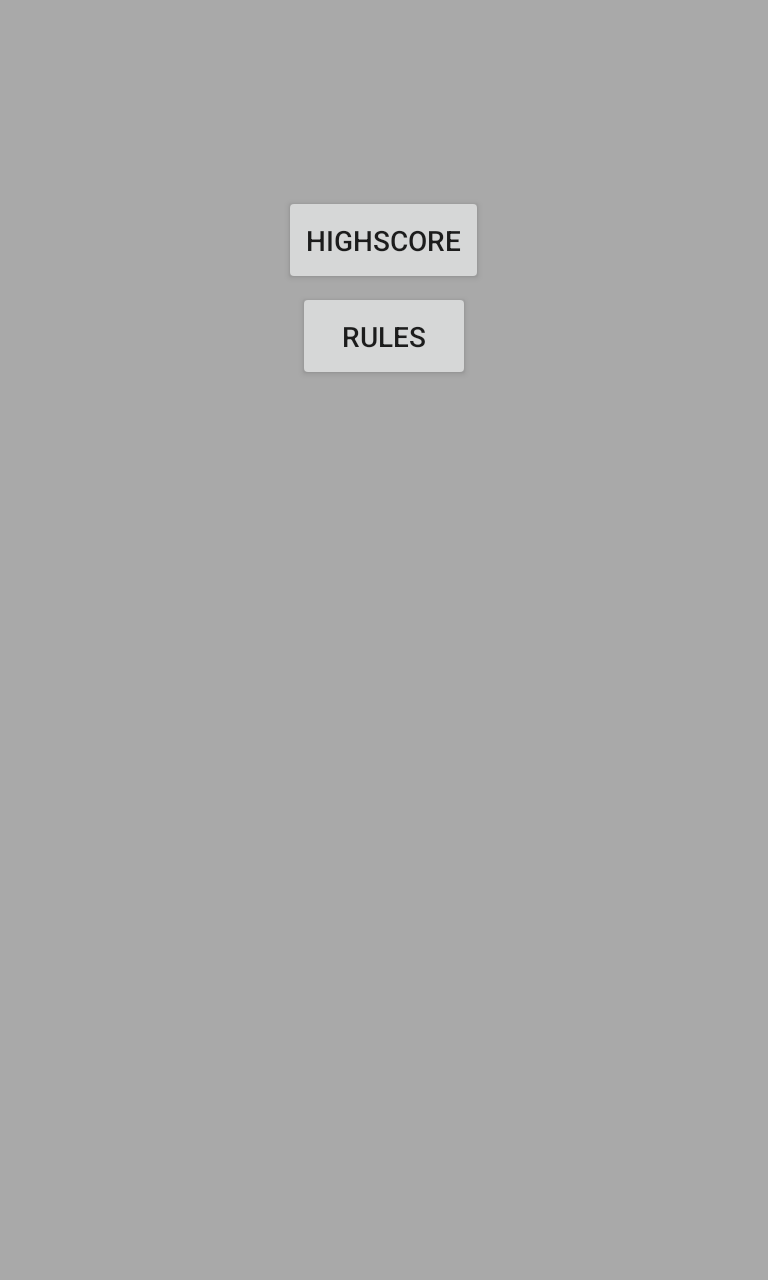
Repository: Hannanina/GuessTag
Layout: GuessTag/res/layout/activity_start.xml
The author's editor kept a copy of each file at every save. The layout is drawn from the files as they stood at one save, then again after the next save.
It is drawn on a 768 x 1280 px phone screen (xhdpi) without system bars, with theme AppTheme; the app's code is not run.

Above is the layout before, as saved 2014-12-05 13:42:23.

After the next save:
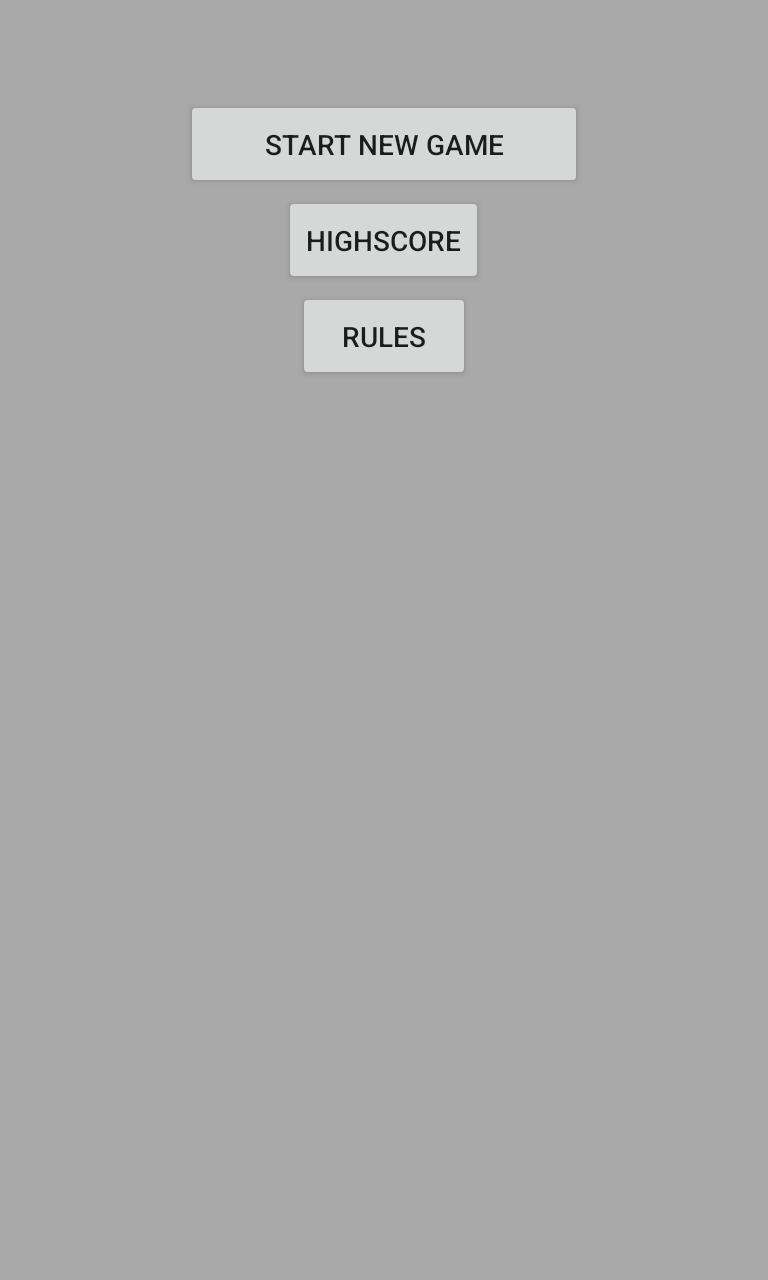
Saved 5 s later.
--- a/GuessTag/res/layout/activity_start.xml
+++ b/GuessTag/res/layout/activity_start.xml
@@ -17,7 +17,7 @@
 
 	<Button
 	    android:id="@+id/button_start"
-	    android:layout_width="w200dp"
+	    android:layout_width="200dp"
 	    android:layout_height="48dp"
 	    android:layout_gravity="center"
 	    android:text="@string/button_start">
